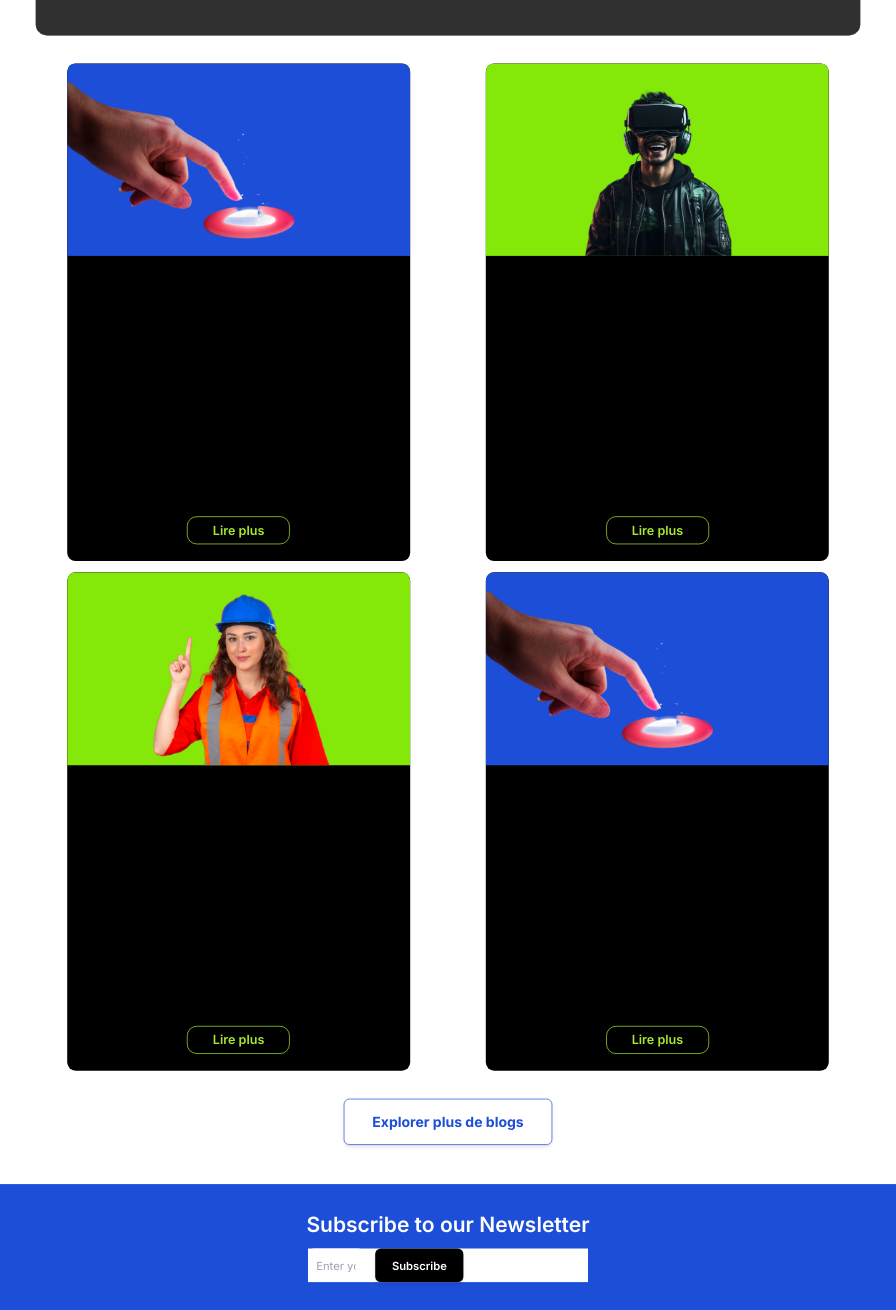
Repository: NassimeElkamari/test
Page: /blogs
These files come from the project's save history. The page is drawn as it stood at one moment and after the next save; the edit follows.
The browser window is 1280 px wide. The pictures show the part of the page from y = 601 to 2521 px (the page is 2473 px tall before and 2521 px after), at 70% of full size.
Pictures or frames that could not be fetched are drawn as grey boxes. The project was rebuilt for these pictures with package versions that can differ from the ones it lists, and the page was loaded fresh each time. The framework's server and built-in components were replaced by stand-ins that run in the browser. Also part of the build but not shown: next.config.mjs.

Above is the page before, as saved 2024-06-12 16:16:18.

After the next save:
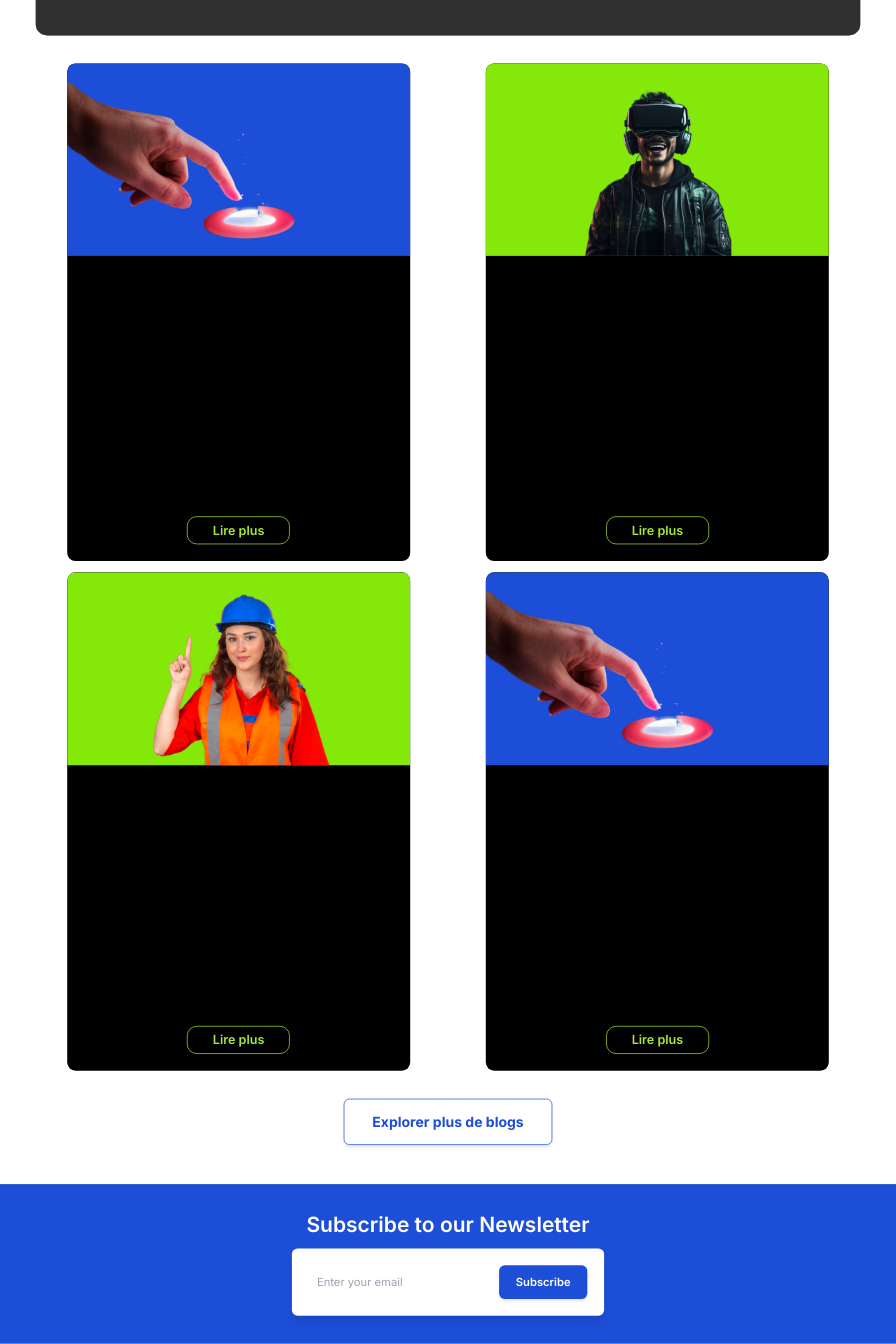
Saved 28 s later.
--- a/src/app/blogs/page.tsx
+++ b/src/app/blogs/page.tsx
@@ -68,17 +68,15 @@ const Blog = () => {
       </div>
       <div className="bg-[#1D4ED8] py-10 mt-10 flex flex-col items-center justify-center">
         <h2 className="text-3xl font-semibold text-white mb-4">Subscribe to our Newsletter</h2>
-        <div className="flex flex-col items-center sm:flex-row">
-          <div className='bg-white w-[100%]'>
+        <div className="bg-white p-6 rounded-lg shadow-lg flex flex-col items-center sm:flex-row">
           <input
             type="email"
             placeholder="Enter your email"
-            className="w-[20%] p-3 mb-4 sm:mb-0 sm:mr-4 rounded-lg focus:outline-none"
+            className="w-64 p-3 mb-4 sm:mb-0 sm:mr-4 rounded-lg focus:outline-none"
           />
-          <button className="bg-black text-white font-semibold py-3 px-6 rounded-lg shadow-md ">
+          <button className="bg-[#1D4ED8] text-white font-semibold py-3 px-6 rounded-lg shadow-md hover:bg-[#1B4DB8]">
             Subscribe
           </button>
-          </div>
         </div>
       </div>
     </div>
